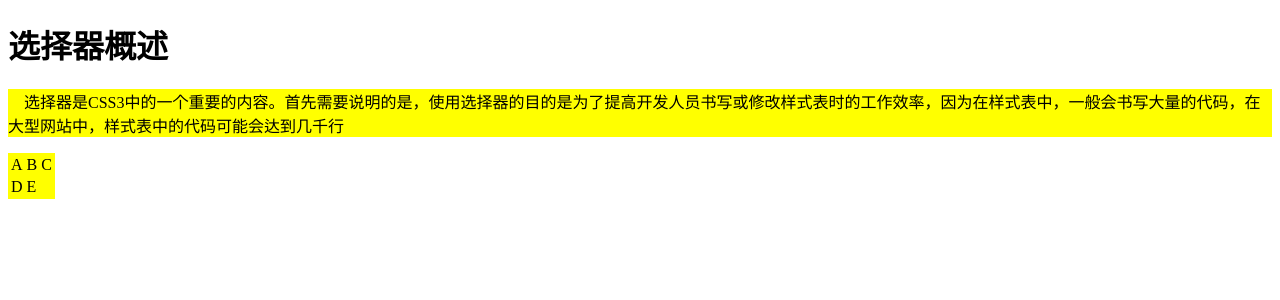
Repository: zdsherlock/HtmlCssLearn
Page: CSS/test-attSelect/index2.html
The author's editor kept a copy of each file at every save. The page is drawn from the files as they stood at one save, then again after the next save.
The browser window is 1280 px wide. The pictures show the whole page.

Above is the page before, as saved 2021-05-06 02:31:31.

### CSS/test-attSelect/index2.html
<!DOCTYPE html>
<html lang="en">
<head>
    <meta charset="UTF-8">
    <meta http-equiv="X-UA-Compatible" content="IE=edge">
    <meta name="viewport" content="width=device-width, initial-scale=1.0">
    <title>结构性伪类选择器</title>
    <style>
        body *:not(h1){
            background-color: yellow;
        }
    </style>
</head>
<body>
    <h1>选择器概述</h1>
    <p>
        &nbsp;&nbsp;&nbsp;&nbsp;选择器是CSS3中的一个重要的内容。首先需要说明的是，使用选择器的目的是为了提高开发人员书写或修改样式表时的工作效率，因为在样式表中，一般会书写大量的代码，在大型网站中，样式表中的代码可能会达到几千行
    </p>

    <table>
       <tr>
           <td>A</td>
           <td>B</td>
           <td>C</td>
       </tr>
       <tr>
           <td>D</td>
           <td>E</td>
           <td></td>
       </tr>
    </table>
</body>
</html>

After the next save:
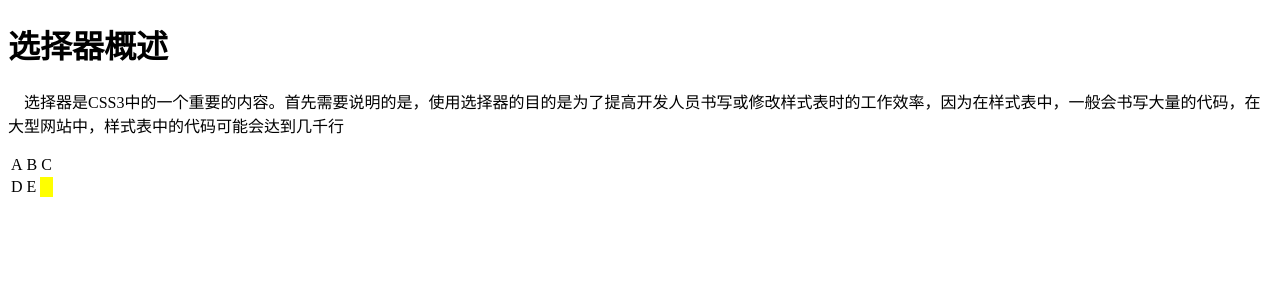
Saved 17 s later.
--- a/CSS/test-attSelect/index2.html
+++ b/CSS/test-attSelect/index2.html
@@ -6,7 +6,7 @@
     <meta name="viewport" content="width=device-width, initial-scale=1.0">
     <title>结构性伪类选择器</title>
     <style>
-        body *:not(h1){
+        :empty{
             background-color: yellow;
         }
     </style>
